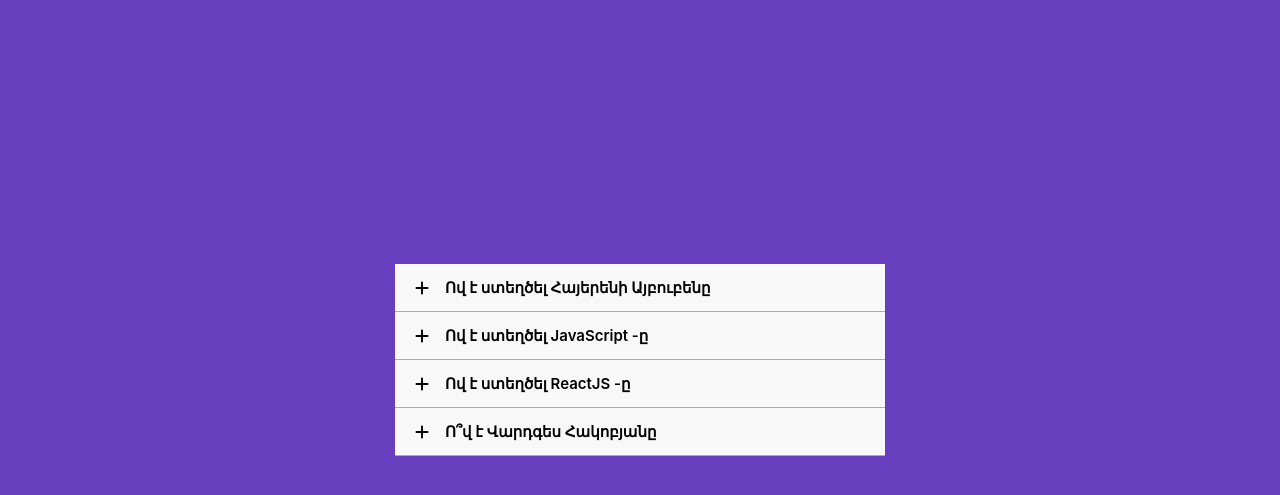
Repository: vardgeshakobyann/Accordion-ReactJS
Page: /
The author's editor kept a copy of each file at every save. The page is drawn from the files as they stood at one save, then again after the next save.
The browser window is 1280 px wide. The pictures show the whole page.
The project was rebuilt for these pictures with package versions that can differ from the ones it lists, and the page was loaded fresh each time.

Above is the page before, as saved 2025-06-11 10:16:51.

### public/index.html
<!DOCTYPE html>
<html lang="en">
  <head>
    <meta charset="utf-8" />
    <link rel="icon" href="%PUBLIC_URL%/favicon.ico" />
    <meta name="viewport" content="width=device-width, initial-scale=1" />
    <meta name="theme-color" content="#000000" />
    <meta
      name="description"
      content="Web site created using create-react-app"
    />
    <link rel="apple-touch-icon" href="%PUBLIC_URL%/logo192.png" />
    <!--
      manifest.json provides metadata used when your web app is installed on a
      user's mobile device or desktop. See https://developers.google.com/web/fundamentals/web-app-manifest/
    -->
    <link rel="manifest" href="%PUBLIC_URL%/manifest.json" />
    <!--
      Notice the use of %PUBLIC_URL% in the tags above.
      It will be replaced with the URL of the `public` folder during the build.
      Only files inside the `public` folder can be referenced from the HTML.

      Unlike "/favicon.ico" or "favicon.ico", "%PUBLIC_URL%/favicon.ico" will
      work correctly both with client-side routing and a non-root public URL.
      Learn how to configure a non-root public URL by running `npm run build`.
    -->
      <link rel="stylesheet" href="https://cdnjs.cloudflare.com/ajax/libs/font-awesome/6.7.2/css/all.min.css" integrity="sha512-Evv84Mr4kqVGRNSgIGL/F/aIDqQb7xQ2vcrdIwxfjThSH8CSR7PBEakCr51Ck+w+/U6swU2Im1vVX0SVk9ABhg==" crossorigin="anonymous" referrerpolicy="no-referrer" />
    <title>React App</title>
  </head>
  <body>
    <noscript>You need to enable JavaScript to run this app.</noscript>
    <div id="root"></div>
    <!--
      This HTML file is a template.
      If you open it directly in the browser, you will see an empty page.

      You can add webfonts, meta tags, or analytics to this file.
      The build step will place the bundled scripts into the <body> tag.

      To begin the development, run `npm start` or `yarn start`.
      To create a production bundle, use `npm run build` or `yarn build`.
    -->
  </body>
</html>

### src/index.js
import ReactDOM from 'react-dom/client';
import './index.css';
import App from './App';

const root = ReactDOM.createRoot(document.getElementById('root'));
root.render(<App />);

### src/index.css
* {
  margin: 0;
  padding: 0;
  box-sizing: border-box;
}

body {
  margin: 0;
  font-family: -apple-system, BlinkMacSystemFont, 'Segoe UI', 'Roboto', 'Oxygen',
    'Ubuntu', 'Cantarell', 'Fira Sans', 'Droid Sans', 'Helvetica Neue',
    sans-serif;
  -webkit-font-smoothing: antialiased;
  -moz-osx-font-smoothing: grayscale;
  background: #673EBD;
}

code {
  font-family: source-code-pro, Menlo, Monaco, Consolas, 'Courier New',
    monospace;
}

### src/App.js
import './App.css';
import Accordion from './components/Accordion/Accordion';

function App() {
  return (
    <div className="App">
      <Accordion />
    </div>
  );
}

export default App;

### src/App.css
.App {
  width: 100%;
  height: 100vh;
  display: flex;
  justify-content: center;
  align-items: center;
}

### src/components/Accordion/Accordion.jsx
import './accordion.css';
import { data } from '../../DB';
import AccordionItem from '../AccordionItem/AccordionItem';
import { useState } from 'react';

const Accordion = () => {
    const [accordionData, setAccordionData] = useState(data);
    console.log(accordionData);

    const showItem = (index) => {
        const update = accordionData.map((elm, idx) => {
            return {...elm, isComplited: idx === index};
        })

        setAccordionData(update);

        if (accordionData[index].isComplited) {
            accordionData[index].isComplited = false;
            setAccordionData([...accordionData]);
        }
    }

    return (
        <div className="accordion">
            {
                accordionData.map((el, index) => {
                    return (
                        <AccordionItem
                            key={el.id}
                            question={el.question}
                            answer={el.answer}
                            el={el}
                            showItem={() => showItem(index)}
                        />
                    )
                })
            }
        </div>
    )
}

export default Accordion;

### src/components/Accordion/accordion.css
.accordion {
    width: 490px;
    border-radius: 4px;
}

### src/DB.js
export const data = [
    {
        id: 1,
        question: "Ով է ստեղծել Հայերենի Այբուբենը",
        answer: "Մեսրոպ Մաշտոցը 405թ -ին 5րդ դարում",
        isComplited: false
    },
    {
        id: 2,
        question: "Ով է ստեղծել JavaScript -ը",
        answer: "JavaScript -ը թողարկվել 1995թ -ին Netscape ընկերության կողմից, նրան ստեղծել է Բրենդան Այկը",
        isComplited: false
    },
    {
        id: 3,
        question: "Ով է ստեղծել ReactJS -ը",
        answer: "ReactJS -ը ստեղծել է meta ընկերությունը 2013թ -ին",
        isComplited: false
    },
    {
        id: 4,
        question: "Ո՞վ է Վարդգես Հակոբյանը",
        answer: "Վարդգես Հակոբյանը՝ ծրագրավորող է, ով ստեղծել է այս փոքրիկ վեբ հավելվածը",
        isComplited: false
    }
];

### src/components/AccordionItem/AccordionItem.jsx
import './accordionItem.css';

const AccordionItem = ({question, answer, el, showItem}) => {
    return (
        <div className="accordionItem">
            <div className="header" onClick={showItem}>
                <div className="block">
                    {
                        el.isComplited
                        ?
                        <i className="fa-solid fa-minus"></i>
                        :
                        <i className="fa-solid fa-plus"></i>
                    }
                    <p>{question}</p>
                </div>
            </div>
            <div className={el.isComplited ? "bottom active" : "bottom"}>
                <p>{answer}</p>
            </div>
        </div>
    )
}

export default AccordionItem;

### src/components/AccordionItem/accordionItem.css
.accordionItem {
    width: 100%;
}

.accordionItem .header {
    width: 100%;
    height: 48px;
    background: #F8F8F8;
    padding: 10px;
    display: flex;
    justify-content: space-between;
    align-items: center;
    border-bottom: 1px solid #acacac;
    cursor: pointer;
}

.accordionItem .header .block {
    display: flex;
    justify-content: center;
    align-items: center;
    gap: 16px;
    padding: 10px;
}

.accordionItem .header .block p {
    font-weight: 600;
    font-size: 15px;
    max-width: 300px;
}

.accordionItem .bottom {
    display: none;
    width: 100%;
    min-height: 0px;
    background: #FDFDFD;
    overflow: hidden;
}

.accordionItem .bottom.active {
    display: block;
    min-height: 100px;
    padding: 10px;
}

After the next save:
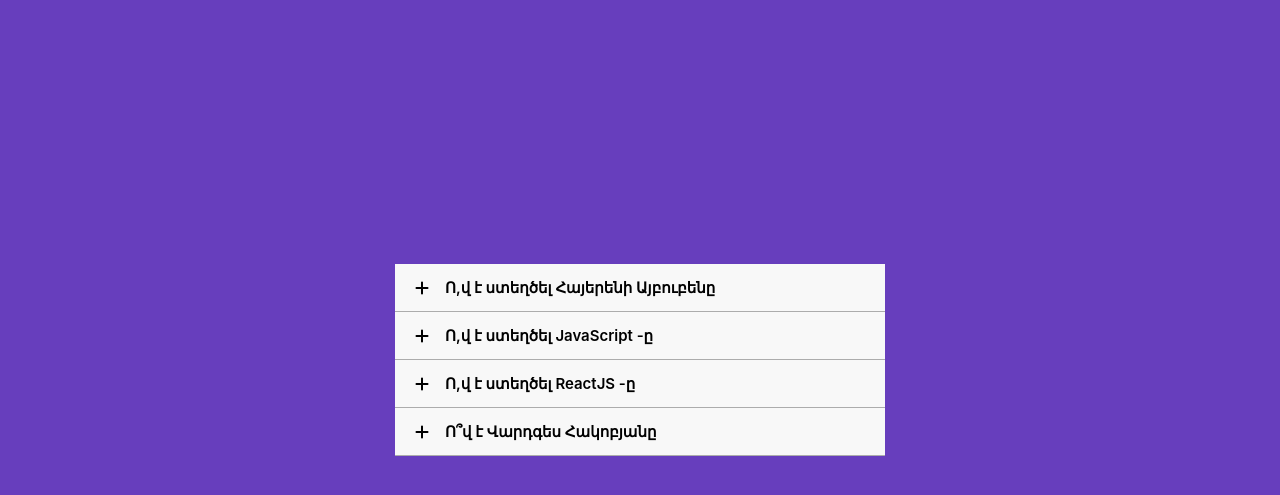
Saved 28 s later.
--- a/src/DB.js
+++ b/src/DB.js
@@ -1,19 +1,19 @@
 export const data = [
     {
         id: 1,
-        question: "Ով է ստեղծել Հայերենի Այբուբենը",
+        question: "Ո,վ է ստեղծել Հայերենի Այբուբենը",
         answer: "Մեսրոպ Մաշտոցը 405թ -ին 5րդ դարում",
         isComplited: false
     },
     {
         id: 2,
-        question: "Ով է ստեղծել JavaScript -ը",
+        question: "Ո,վ է ստեղծել JavaScript -ը",
         answer: "JavaScript -ը թողարկվել 1995թ -ին Netscape ընկերության կողմից, նրան ստեղծել է Բրենդան Այկը",
         isComplited: false
     },
     {
         id: 3,
-        question: "Ով է ստեղծել ReactJS -ը",
+        question: "Ո,վ է ստեղծել ReactJS -ը",
         answer: "ReactJS -ը ստեղծել է meta ընկերությունը 2013թ -ին",
         isComplited: false
     },
